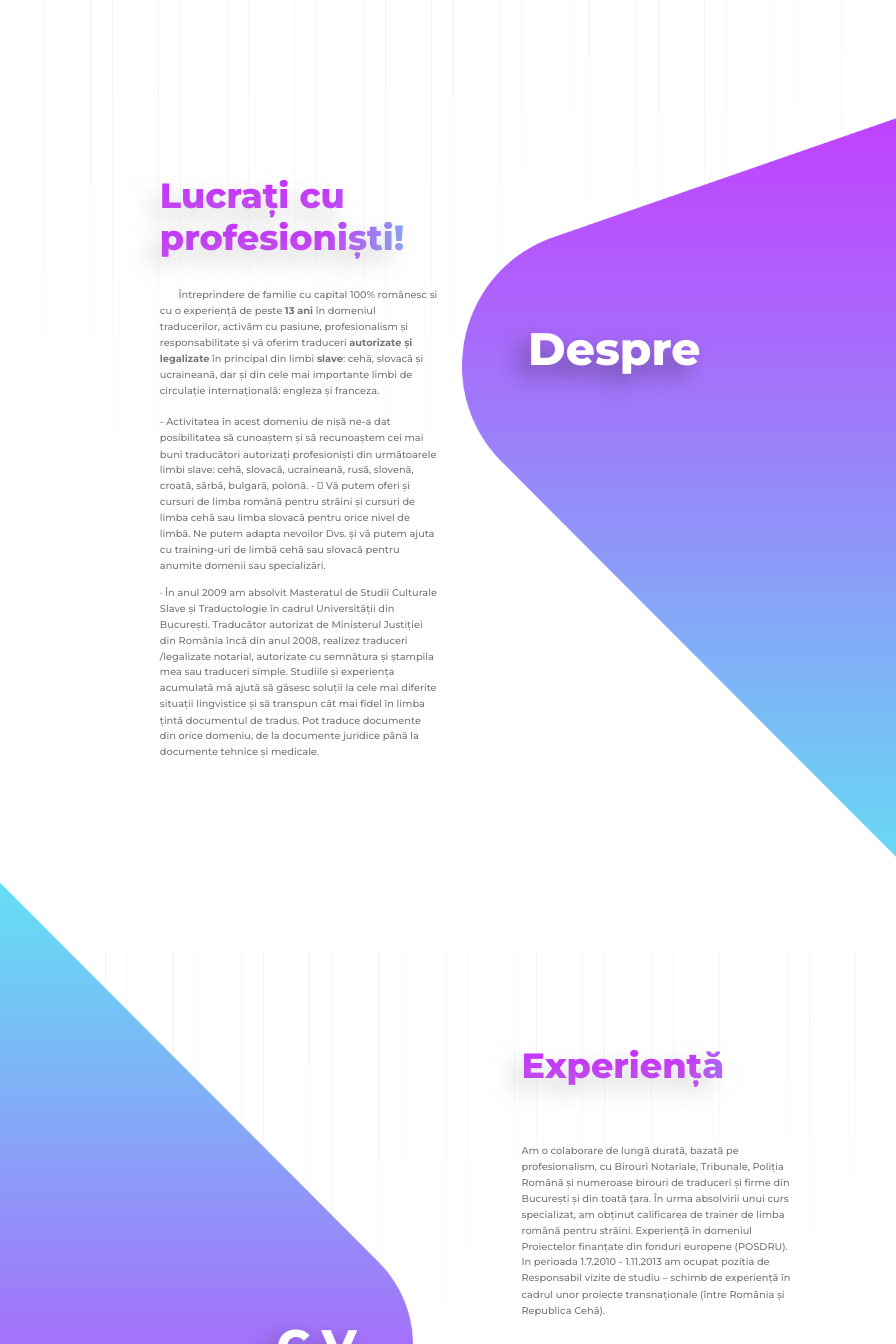
Repository: roscaImarius/site_traduceri
Page: index.html
The author's editor kept a copy of each file at every save. The page is drawn from the files as they stood at one save, then again after the next save.
The browser window is 1280 px wide. The pictures show the part of the page from y = 721 to 2641 px (the page is 7580 px tall), at 70% of full size.

Above is the page before, as saved 2022-03-17 15:07:17.

### index.html
<!DOCTYPE html>
<html lang="en" class="no-js">
  <head>
    <meta
      name="viewport"
      content="width=device-width, initial-scale=1, shrink-to-fit=no"
    />
    <meta name="author" content="CodePixar" />
    <meta name="description" content="" />
    <meta name="keywords" content="" />
    <meta charset="UTF-8" />

    <title>Traduceri</title>

    <link
      href="https://fonts.googleapis.com/css?family=Montserrat:500,600,700,800,900"
      rel="stylesheet"
    />
    <link
      href="https://fonts.googleapis.com/css?family=Open+Sans:400,600"
      rel="stylesheet"
    />
    <!-- ===========================================
		CSS Files
    ============================================= -->
    <link rel="stylesheet" href="css/font-awesome.min.css" />
    <link rel="stylesheet" href="css/bootstrap.css" />
    <link rel="stylesheet" href="css/main.css" />
  </head>

  <body class="version5" id="top">
    <div class="se-pre-con"></div>

    <!--================ Start Banner Area =================-->
    <section class="home-area" id="home">
      <div class="banner-area relative">
        <div class="container-fluid">
          <div class="row justify-content-center height align-items-center">
            <div class="col-lg-5 col-md-6 col-sm-12">
              <div class="banner-img">
                <img class="img-fluid" src="img/banner-img5.jpg" alt="" />
              </div>
            </div>
            <div class="col-lg-5 col-md-6 col-sm-12">
              <div class="banner-content text-right">
                <h4 class="mb-30 hello text-uppercase text-white">
                  Salut, noi suntem
                </h4>
                <h1 class="name">Catrina Traduceri</h1>
                <p class="mt-5 h6 pHome dark">
                  Ne numărăm printre foarte puținii traducători autorizați de
                  Ministerul Justiției din România pentru traduceri din limbile
                  slave, de nisă: cehă, slovacă și ucraineană.
                </p>
              </div>
            </div>
          </div>
        </div>
      </div>
    </section>
    <!--================Header Menu Area =================-->
    <header class="header_area" id="header5">
      <div class="main_menu">
        <nav class="navbar navbar-expand-lg">
          <div class="container-fluid">
            <!-- Brand and toggle get grouped for better mobile display -->
            <a class="navbar-brand logo_h" href="index.html"
              ><img class="logoo" src="img/logo5_1.png" alt=""
            /></a>
            <button
              class="navbar-toggler"
              type="button"
              data-toggle="collapse"
              data-target="#navbarSupportedContent"
              aria-controls="navbarSupportedContent"
              aria-expanded="false"
              aria-label="Toggle navigation"
            >
              <i class="fas fa-bars"></i>
            </button>
            <!-- Collect the nav links, forms, and other content for toggling -->
            <div
              class="collapse navbar-collapse offset"
              id="navbarSupportedContent"
            >
              <ul class="nav navbar-nav menu_nav ml-auto nav5">
                <li class="nav-item active5">
                  <a class="nav-link" href="#home">Acasă</a>
                </li>
                <li class="nav-item">
                  <a class="nav-link" href="#about">Despre</a>
                </li>
                <li class="nav-item">
                  <a class="nav-link" href="#resume">Curriculum Vitae</a>
                </li>
                <li class="nav-item">
                  <a class="nav-link" href="#portfolio">prețuri</a>
                </li>
                <li class="nav-item">
                  <a class="nav-link" href="#contact">contact</a>
                </li>
              </ul>

              <!-- SOCIAL MEDIA -->
              <ul class="nav navbar-nav social-icons">
                <li class="nav-item">
                  <a href="https://www.facebook.com/catrina.traduceri">
                    <i class="fab fa-facebook-f"></i>
                  </a>
                </li>
                <li class="nav-item">
                  <a
                    href="https://www.linkedin.com/in/ionut-catrina-405244178/"
                  >
                    <i class="fab fa-linkedin"></i>
                  </a>
                </li>
                <li class="nav-item">
                  <a href="#">
                    <i class="fab fa-youtube"></i>
                  </a>
                </li>
              </ul>
            </div>
          </div>
        </nav>
      </div>
    </header>

    <!--================ Start About Area =================-->
    <section class="about-area section-gap-top-5 relative" id="about">
      <div class="container-fluid">
        <div class="row row-reverse">
          <div class="offset-lg-2 col-lg-4 col-md-12">
            <h2 class="heading mb-40">Lucrați cu profesioniști!</h2>
            <p style="text-indent: 20pt">
              Întreprindere de familie cu capital 100% românesc si cu o
              experiență de peste
              <span style="font-weight: bold">13 ani</span> în domeniul
              traducerilor, activăm cu pasiune, profesionalism și
              responsabilitate și vă oferim traduceri
              <span style="font-weight: bold"> autorizate și legalizate</span>
              în principal din limbi
              <span style="font-weight: bold">slave</span>: cehă, slovacă și
              ucraineană, dar și din cele mai importante limbi de circulație
              internațională: engleza și franceza. <br /><br />- Activitatea în
              acest domeniu de nișă ne-a dat posibilitatea să cunoaștem și să
              recunoaștem cei mai buni traducători autorizați profesioniști din
              următoarele limbi slave: cehă, slovacă, ucraineană, rusă, slovenă,
              croată, sârbă, bulgară, polonă. -  Vă putem oferi și cursuri de
              limba română pentru străini și cursuri de limba cehă sau limba
              slovacă pentru orice nivel de limbă. Ne putem adapta nevoilor Dvs.
              și vă putem ajuta cu training-uri de limbă cehă sau slovacă pentru
              anumite domenii sau specializări.
            </p>
            <p class="mb-50">
              &middot; În anul 2009 am absolvit Masteratul de Studii Culturale
              Slave și Traductologie în cadrul Universității din București.
              Traducător autorizat de Ministerul Justiției din România încă din
              anul 2008, realizez traduceri /legalizate notarial, autorizate cu
              semnătura și ștampila mea sau traduceri simple. Studiile și
              experiența acumulată mă ajută să găsesc soluții la cele mai
              diferite situații lingvistice și să transpun cât mai fidel în
              limba țintă documentul de tradus. Pot traduce documente din orice
              domeniu, de la documente juridice până la documente tehnice și
              medicale.
            </p>
          </div>

          <div class="col-lg-6 p-0 col-md-12">
            <div class="right-side">
              <h2 class="text-white right-heading">Despre</h2>
            </div>
          </div>
        </div>
      </div>
    </section>

    <!--================ Start Experience Area =================-->
    <section class="experience-area relative" id="resume">
      <div class="container-fluid">
        <div class="row">
          <div class="col-lg-6 p-0 col-md-12">
            <div class="left-side">
              <h2 class="text-white indented cv left-heading">C.V.</h2>
            </div>
          </div>

          <div class="xpDiv col-lg-4 md-mr col-md-12">
            <h2 class="heading mb-80">Experiență</h2>
            <div class="resume-content">
              <div class="work-exp mb-50">
                <p>
                  Am o colaborare de lungă durată, bazată pe profesionalism, cu
                  Birouri Notariale, Tribunale, Poliția Română și numeroase
                  birouri de traduceri și firme din București și din toată țara.
                  În urma absolvirii unui curs specializat, am obținut
                  calificarea de trainer de limba română pentru străini.
                  Experiență în domeniul Proiectelor finanțate din fonduri
                  europene (POSDRU). In perioada 1.7.2010 - 1.11.2013 am ocupat
                  pozitia de Responsabil vizite de studiu – schimb de experiență
                  în cadrul unor proiecte transnaționale (între România și
                  Republica Cehă).
                </p>
              </div>

              <h2 class="heading mt-120 mb-80">Education</h2>
              <div class="study">
                <h4 class="subject">Master</h4>
                <p>
                  <span class="title">Session</span>
                  <span class="info">: 2010-11</span>
                </p>
                <p>
                  <span class="title">Result</span>
                  <span class="info">: 3.78 (In the Scale of 4.00)</span>
                </p>
              </div>

              <div class="study">
                <h4 class="subject">Bachelor</h4>
                <p>
                  <span class="title">Session</span>
                  <span class="info">: 2006-09</span>
                </p>
                <p>
                  <span class="title">Result</span>
                  <span class="info">: 3.40 (In the Scale of 4.00)</span>
                </p>
              </div>

              <div class="study">
                <h4 class="subject">Diploma</h4>
                <p>
                  <span class="title">Session</span>
                  <span class="info">: 20063-06</span>
                </p>
                <p>
                  <span class="title">Result</span>
                  <span class="info">: 4.94 (In the Scale of 5.00)</span>
                </p>
              </div>
            </div>
          </div>
        </div>
      </div>
    </section>

    <!--================ Start PRICE Area =================-->
    <section class="price-area section-gap-top-5 relative" id="portfolio">
      <div class="container-fluid">
        <div class="row row-reverse">
          <div class="divFaraPret offset-lg-2 col-lg-4 col-md-12">
            <h2 class="heading mb-40">Detalii tarife</h2>
            <h1>Text</h1>
            <p>
              Lorem ipsum dolor sit amet consectetur adipisicing elit. Tempora
              omnis rem magnam voluptatum molestiae, unde id fuga illum
              consequatur nisi? Unde voluptates quia enim ab quae consequatur.
              Doloremque amet eveniet autem hic error veniam ullam aliquid
              aperiam corrupti expedita tempora fugiat, accusantium esse alias
              ea quam architecto totam perferendis, eum excepturi consectetur,
              distinctio placeat! A iure sint corporis fuga aperiam quo incidunt
              enim aut vel totam, dolorum architecto sed placeat, doloribus quam
              fugit! Deserunt iure eligendi at laborum corrupti libero,
              molestias, aliquid hic, nihil non ad voluptatum esse molestiae
              quam culpa sit quos! Maiores molestiae ab laboriosam nam magnam,
              illo eligendi dolorem explicabo. Expedita consequatur debitis
              ratione excepturi exercitationem quam neque quaerat magni aliquid
              voluptate, velit voluptatem ut quasi facilis totam ipsa nulla unde
              assumenda perspiciatis non sequi pariatur repellat? Dicta voluptas
              magni id omnis eveniet sunt consectetur aperiam necessitatibus
              sequi tempora quos neque sit iure aspernatur deserunt atque cum,
              debitis quibusdam inventore facilis velit, consequatur nobis
              excepturi. Suscipit dolorem, quisquam quos non reiciendis, earum
              repudiandae error nobis aspernatur optio expedita eligendi atque
              odit nihil ullam cumque a sunt aperiam culpa obcaecati corporis
              iusto? Magnam sequi, necessitatibus nemo odit illo nobis aut,
              voluptas suscipit consequuntur voluptatibus nisi earum. Dolor,
              aperiam?
            </p>
          </div>

          <div class="divPreturi col-lg-6 p-0 col-md-12">
            <div class="right-side">
              <h2 class="text-white right-heading">Prețuri</h2>
            </div>
          </div>
        </div>
      </div>
    </section>

    <!--================ Start CONTACT Area =================-->
    <section class="client-area relative" id="contact">
      <div class="container-fluid">
        <div class="row">
          <div class="col-lg-6 p-0 col-md-12">
            <div class="left-side">
              <h2 class="text-white left-heading">Contact</h2>
            </div>
          </div>

          <div class="contactDiv offset-lg-2 col-lg-4 col-md-12">
            <div class="form-area text-left">
              <h5><i>Telefon:</i></h5>
              <p>+40 726 471 135 <br /></p>
            </div>

            <div class="form-area text-left">
              <h5><i>E-mail:</i></h5>
              <p>catrina.traduceri@yahoo.com</p>
            </div>

            <div class="form-area adresa text-left">
              <h5><i>Adresă:</i></h5>
              <p>
                Calea Dorobantilor nr. 135-145, bl. 10, sc. C, Ap. 156, sector
                1, Bucuresti.
              </p>
            </div>
            <img class="mapa" src="./img/mapa.png" alt="" />
            <img class="mapa" src="./img/mapa.png" alt="" />
            <img class="mapa" src="./img/mapa.png" alt="" />
          </div>
        </div>
      </div>
    </section>

    <!--= Start Scroll to Top Area ########## -->
    <div id="back-top">
      <a title="Go to Top" href="#">
        <i class="fas fa-angle-up"></i>
      </a>
    </div>

    <script src="js/vendor/jquery-2.2.4.min.js"></script>
    <!-- <script src="js/popper.min.js"></script> -->
    <script src="js/vendor/bootstrap.min.js"></script>
    <script src="js/jquery.ajaxchimp.min.js"></script>
    <script src="js/counter-up.js"></script>
    <script src="js/isotope.pkgd.min.js"></script>
    <script src="js/waypoints.min.js"></script>
    <script src="js/main.js"></script>
  </body>
</html>

Loaded but not shown: css/font-awesome.min.css (library); css/bootstrap.css (library); js/vendor/jquery-2.2.4.min.js (library); js/vendor/bootstrap.min.js (library); js/jquery.ajaxchimp.min.js (library); js/isotope.pkgd.min.js (library); js/waypoints.min.js (library); js/main.js (150 lines, source omitted); js/counter-up.js (8 lines, source omitted); css/main.css (1566 lines, source omitted)

After the next save:
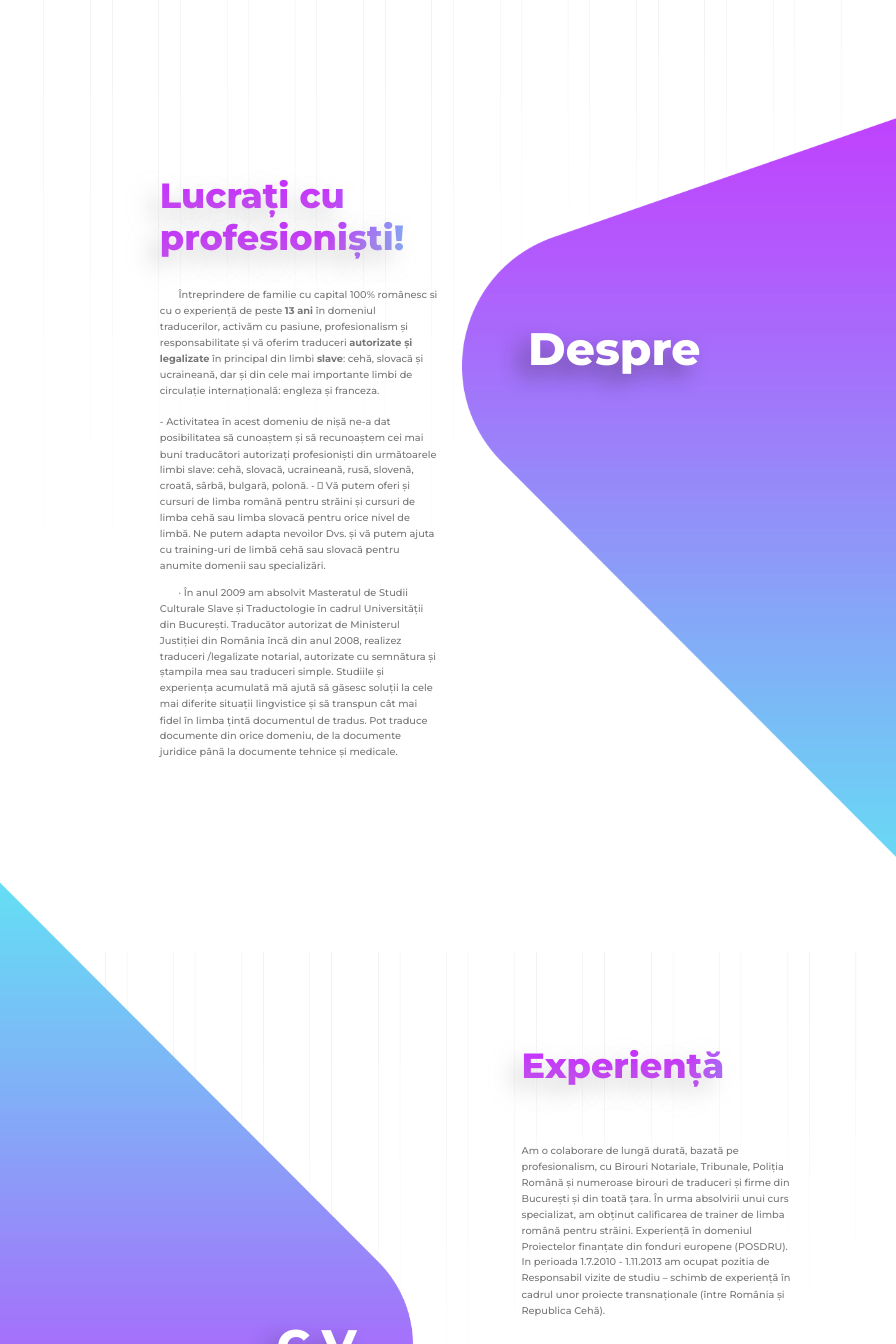
Saved 16 s later.
--- a/index.html
+++ b/index.html
@@ -153,7 +153,7 @@
               și vă putem ajuta cu training-uri de limbă cehă sau slovacă pentru
               anumite domenii sau specializări.
             </p>
-            <p class="mb-50">
+            <p class="mb-50" style="text-indent: 20pt">
               &middot; În anul 2009 am absolvit Masteratul de Studii Culturale
               Slave și Traductologie în cadrul Universității din București.
               Traducător autorizat de Ministerul Justiției din România încă din
